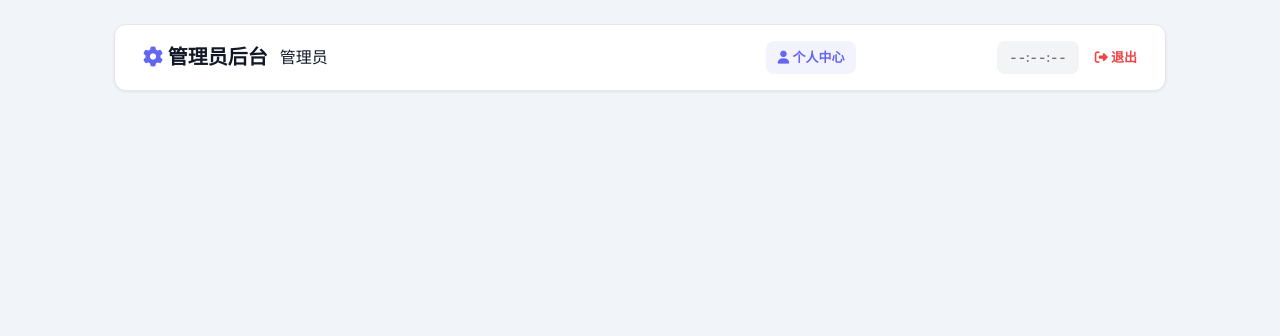
Repository: kinyono/library_seat_system
Page: admin.html
An editor plug-in stored every save of this project. The page is shown before and after the next save, followed by the edit.
The browser window is 1280 px wide. The pictures show the whole page.
After loading, the first visible `button.profile-link` was clicked once.

Above is the page before, as saved 2026-10-19 00:06:36.
Console error: TypeError: Cannot read properties of null (reading 'addEventListener')

### admin.html
<!DOCTYPE html>
<html lang="zh-CN">
<head>
    <meta charset="UTF-8">
    <meta name="viewport" content="width=device-width, initial-scale=1.0">
    <title>管理员后台 - 图书馆座位系统</title>
    <link rel="stylesheet" href="css/style.css">
    <link rel="stylesheet" href="css/admin.css">
    <script src="https://cdn.jsdelivr.net/npm/chart.js"></script>
    <link rel="stylesheet" href="https://cdnjs.cloudflare.com/ajax/libs/font-awesome/6.5.0/css/all.min.css">
</head>
<body>
    <div class="admin-container">
        <!-- 顶部导航 -->
        <header class="admin-header">
            <div class="header-left">
                <h1><i class="fas fa-cog"></i> 管理员后台</h1>
                <span class="role-badge">管理员</span>
            </div>
            <div class="header-right">
                <a href="pages/profile.html" class="profile-link"><i class="fas fa-user"></i> 个人中心</a>
                <!-- ====== 新增：添加管理员按钮 ====== -->
                <button class="profile-link" onclick="openCreateAdminModal()" style="background:none; border:none; cursor:pointer; color:#fff;">
                    <i class="fas fa-user-shield"></i> 添加管理员
                </button>
                <!-- ================================== -->
                <div class="realtime-clock" id="realtimeClock">--:--:--</div>
                <a href="javascript:void(0)" class="logout-link" onclick="logout()"><i class="fas fa-sign-out-alt"></i> 退出</a>
            </div>
        </header>

        <!-- 统计卡片、Tab等内容保持不变，省略... -->

        <!-- 添加座位弹窗（原有）... -->

        <!-- ====== 新增：创建管理员弹窗 ====== -->
        <div class="modal-overlay" id="createAdminModal" style="display:none;" onclick="if(event.target===this)closeCreateAdminModal()">
            <div class="modal-card">
                <h3><i class="fas fa-user-shield"></i> 创建管理员</h3>
                <form id="createAdminForm">
                    <div class="form-group">
                        <label>管理员账号</label>
                        <input type="text" id="adminUsername" class="form-control" placeholder="请输入管理员账号" required autocomplete="off">
                    </div>
                    <div class="form-group">
                        <label>密码（至少6位）</label>
                        <input type="password" id="adminPassword" class="form-control" placeholder="请输入密码" required>
                    </div>
                    <div id="createAdminError" class="login-error" style="display:none;"></div>
                    <div class="form-actions">
                        <button type="button" class="btn btn-outline" onclick="closeCreateAdminModal()">取消</button>
                        <button type="submit" class="btn btn-primary">确认创建</button>
                    </div>
                </form>
            </div>
        </div>
        <!-- ================================== -->

    </div>

    <script src="js/admin.js"></script>
    <!-- 退出登录函数 -->
    <script>
        function logout() {
            localStorage.removeItem('token');
            localStorage.removeItem('currentUser');
            window.location.href = 'index.html';
        }
    </script>
</body>
</html>

### css/style.css
/* ===== Design Tokens ===== */
:root {
    /* 主色调：更柔和的渐变紫蓝 */
    --primary: #6366f1;
    --primary-light: #818cf8;
    --primary-dark: #4f46e5;
    --secondary: #8b5cf6;
    --accent: #ec4899;

    /* 背景色 */
    --bg-body: #f1f5f9;
    --bg-surface: #ffffff;
    --bg-subtle: #f8fafc;

    /* 文字色 */
    --text-primary: #0f172a;
    --text-secondary: #64748b;
    --text-muted: #94a3b8;

    /* 状态色 */
    --success: #10b981;
    --success-light: #d1fae5;
    --warning: #f59e0b;
    --warning-light: #fef3c7;
    --danger: #ef4444;
    --danger-light: #fee2e2;
    --info: #3b82f6;
    --info-light: #dbeafe;

    /* 边框 */
    --border: #e2e8f0;
    --border-strong: #cbd5e1;

    /* 圆角 */
    --radius-sm: 10px;
    --radius-md: 16px;
    --radius-lg: 24px;
    --radius-xl: 32px;

    /* 阴影 */
    --shadow-xs: 0 1px 2px rgba(0,0,0,0.04);
    --shadow-sm: 0 2px 12px rgba(0,0,0,0.06);
    --shadow-md: 0 8px 30px rgba(0,0,0,0.08);
    --shadow-lg: 0 20px 60px rgba(0,0,0,0.12);
    --shadow-primary: 0 4px 20px rgba(99,102,241,0.3);

    /* 过渡 */
    --transition-fast: all 0.15s ease;
    --transition: all 0.25s ease;
    --transition-slow: all 0.4s ease;

    /* 字体 */
    --font-sans: 'Inter', -apple-system, BlinkMacSystemFont, 'Segoe UI', Roboto, 'PingFang SC', 'Microsoft YaHei', sans-serif;
}

* {
    margin: 0;
    padding: 0;
    box-sizing: border-box;
}

body {
    font-family: var(--font-sans);
    background: var(--bg-body);
    color: var(--text-primary);
    line-height: 1.6;
    -webkit-font-smoothing: antialiased;
    -moz-osx-font-smoothing: grayscale;
}

a {
    text-decoration: none;
    color: inherit;
}

/* ===== 滚动条美化 ===== */
::-webkit-scrollbar { width: 8px; height: 8px; }
::-webkit-scrollbar-track { background: transparent; }
::-webkit-scrollbar-thumb { background: var(--border-strong); border-radius: 99px; }
::-webkit-scrollbar-thumb:hover { background: var(--text-muted); }

/* ===== 通用按钮 ===== */
.btn {
    display: inline-flex;
    align-items: center;
    justify-content: center;
    gap: 6px;
    padding: 10px 22px;
    border: none;
    border-radius: var(--radius-sm);
    cursor: pointer;
    font-size: 14px;
    font-weight: 600;
    letter-spacing: 0.3px;
    transition: var(--transition);
    text-align: center;
    position: relative;
    overflow: hidden;
}
.btn::after {
    content: '';
    position: absolute;
    inset: 0;
    background: rgba(255,255,255,0);
    transition: var(--transition-fast);
}
.btn:hover::after { background: rgba(255,255,255,0.15); }
.btn:active { transform: scale(0.97); }

.btn-primary {
    background: linear-gradient(135deg, var(--primary), var(--secondary));
    color: #fff;
    box-shadow: var(--shadow-primary);
}
.btn-primary:hover { box-shadow: 0 6px 28px rgba(99,102,241,0.45); transform: translateY(-2px); }

.btn-danger { background: var(--danger); color: #fff; box-shadow: 0 2px 12px rgba(239,68,68,0.25); }
.btn-danger:hover { background: #dc2626; transform: translateY(-2px); box-shadow: 0 6px 20px rgba(239,68,68,0.4); }

.btn-success { background: var(--success); color: #fff; box-shadow: 0 2px 12px rgba(16,185,129,0.25); }
.btn-success:hover { background: #059669; transform: translateY(-2px); box-shadow: 0 6px 20px rgba(16,185,129,0.4); }

.btn-warning { background: var(--warning); color: #fff; box-shadow: 0 2px 12px rgba(245,158,11,0.25); }
.btn-warning:hover { background: #d97706; transform: translateY(-2px); box-shadow: 0 6px 20px rgba(245,158,11,0.4); }

.btn-info { background: var(--info); color: #fff; box-shadow: 0 2px 12px rgba(59,130,246,0.25); }
.btn-info:hover { background: #2563eb; transform: translateY(-2px); box-shadow: 0 6px 20px rgba(59,130,246,0.4); }

.btn-outline {
    background: var(--bg-surface);
    color: var(--text-secondary);
    border: 1.5px solid var(--border);
}
.btn-outline:hover { border-color: var(--primary); color: var(--primary); background: var(--bg-subtle); }

.btn-block { width: 100%; }

.btn-xs {
    padding: 4px 10px;
    font-size: 12px;
    border-radius: 8px;
    font-weight: 500;
}

/* ===== 表单 ===== */
.form-group { margin-bottom: 18px; }
.form-group label {
    display: block;
    font-size: 13px;
    font-weight: 600;
    margin-bottom: 6px;
    color: var(--text-secondary);
    letter-spacing: 0.3px;
}
.form-control {
    width: 100%;
    padding: 11px 16px;
    border: 2px solid var(--border);
    border-radius: var(--radius-sm);
    font-size: 14.5px;
    font-family: inherit;
    color: var(--text-primary);
    background: var(--bg-surface);
    transition: var(--transition);
    outline: none;
}
.form-control:focus {
    border-color: var(--primary);
    box-shadow: 0 0 0 4px rgba(99,102,241,0.1);
    background: #fff;
}
select.form-control { cursor: pointer; }
select.form-control:focus { outline: none; }

### js/admin.js
(function () {
    'use strict';

    /* ========== 数据工具 ========== */
    function getSeats()      { return JSON.parse(localStorage.getItem('lib_seats')      || '[]'); }
    function setSeats(v)     { localStorage.setItem('lib_seats', JSON.stringify(v)); }
    function getUsers()      { return JSON.parse(localStorage.getItem('lib_users')      || '[]'); }
    function setUsers(v)     { localStorage.setItem('lib_users', JSON.stringify(v)); }
    function getBookings()   { return JSON.parse(localStorage.getItem('lib_bookings')   || '[]'); }
    function setBookings(v)  { localStorage.setItem('lib_bookings', JSON.stringify(v)); }
    function getRules()      { return JSON.parse(localStorage.getItem('lib_rules')      || '{}'); }
    function setRules(v)     { localStorage.setItem('lib_rules', JSON.stringify(v)); }
    function getLogs()       { return JSON.parse(localStorage.getItem('lib_logs')       || '[]'); }
    function setLogs(v)      { localStorage.setItem('lib_logs', JSON.stringify(v)); }
    function getCurrentUser(){ return JSON.parse(localStorage.getItem('currentUser')); }

    const STATUS_TEXT = { free:'空闲', used:'使用中', away:'暂离', reserved:'已预约', maintenance:'维修' };
    const STATUS_CLASS = { free:'status-free', used:'status-used', away:'status-away', reserved:'status-reserved', maintenance:'status-banned' };
    let trendChartInstance = null;

    /* ========== 初始化默认数据 ========== */
    function initData() {
        if (!localStorage.getItem('lib_seats')) {
            const seats = []; const areas = ['quiet','discuss','window'];
            for (let f=1; f<=3; f++)
                for (let i=1; i<=6; i++)
                    seats.push({ id:(f-1)*6+i, code:String.fromCharCode(64+f)+'-'+String(i).padStart(2,'0'),
                                 floor:f, area:areas[Math.floor(Math.random()*3)], hasPower:Math.random()>0.5,
                                 status:'free', enabled:true });
            setSeats(seats);
        }
        if (!localStorage.getItem('lib_users')) setUsers([]);
        if (!localStorage.getItem('lib_bookings')) setBookings([]);
        if (!localStorage.getItem('lib_rules')) {
            setRules({ maxMinutes:240, graceMinutes:15, awayMinutes:45, awayTimes:3, awayPenalty:10,
                       classMinutes:120, classTimes:1, classPenalty:20, classMinCredit:80 });
        }
        if (!localStorage.getItem('lib_logs')) setLogs([]);
    }

    /* ========== Toast ========== */
    function toast(msg, type) {
        type = type || 'info';
        const old = document.querySelector('.toast');
        if (old) old.remove();
        const t = document.createElement('div');
        t.className = 'toast toast-' + type;
        t.textContent = msg;
        document.body.appendChild(t);
        requestAnimationFrame(() => t.classList.add('show'));
        setTimeout(() => { t.classList.remove('show'); setTimeout(() => t.remove(), 300); }, 2100);
    }

    /* ========== 写入日志 ========== */
    function addLog(action) {
        const logs = getLogs();
        logs.unshift({ time: new Date().toLocaleString(), action: action });
        if (logs.length > 200) logs.length = 200;
        setLogs(logs);
        renderLogs();
    }

    /* ========== 加载所有 ========== */
    function loadAll() {
        updateStats();
        renderSeatTable();
        renderUserTable();
        renderRulesForm();
        renderLogs();
        renderTrendChart();
    }

    /* ========== 更新统计 ========== */
    function updateStats() {
        const seats = getSeats();
        const users = getUsers();
        const today = new Date().toISOString().slice(0,10);
        const todayBookings = getBookings().filter(b => b.date === today).length;
        document.getElementById('statTotal').textContent = seats.length;
        document.getElementById('statFree').textContent = seats.filter(s => s.status==='free' && s.enabled).length;
        document.getElementById('statUsed').textContent = seats.filter(s => s.status==='used' || s.status==='away').length;
        document.getElementById('statUsers').textContent = users.length;
        document.getElementById('statBookings').textContent = todayBookings;
    }

    /* ========== 座位表格（含筛选） ========== */
    function renderSeatTable() {
        const tbody = document.getElementById('seatTableBody');
        let seats = getSeats();
        const floorFilter = document.getElementById('seatFloorFilter').value;
        const areaFilter = document.getElementById('seatAreaFilter').value;
        if (floorFilter !== 'all') seats = seats.filter(s => s.floor == floorFilter);
        if (areaFilter !== 'all') seats = seats.filter(s => s.area === areaFilter);

        tbody.innerHTML = seats.map(seat => `
            <tr>
                <td>${seat.code}</td>
                <td>${seat.floor}F</td>
                <td>${seat.area}</td>
                <td>${seat.hasPower ? '<i class="fas fa-plug" style="color:#22c55e;"></i>' : '<i class="fas fa-ban" style="color:#9ca3af;"></i>'}</td>
                <td><span class="status-tag ${STATUS_CLASS[seat.status] || ''}">${STATUS_TEXT[seat.status] || seat.status}</span></td>
                <td>${seat.enabled ? '<span style="color:#22c55e;">✅</span>' : '<span style="color:#ef4444;">⛔</span>'}</td>
                <td>
                    <button class="btn btn-xs btn-outline" onclick="toggleSeatEnabled(${seat.id})">${seat.enabled ? '禁用' : '启用'}</button>
                    <button class="btn btn-xs btn-outline" onclick="deleteSeat(${seat.id})">删除</button>
                </td>
            </tr>
        `).join('');
    }

    window.toggleSeatEnabled = function (id) {
        const seats = getSeats();
        const seat = seats.find(s => s.id === id);
        if (!seat) return;
        seat.enabled = !seat.enabled;
        setSeats(seats);
        renderSeatTable();
        updateStats();
        addLog(`${seat.enabled ? '启用' : '禁用'}座位 ${seat.code}`);
        toast(`座位 ${seat.code} 已${seat.enabled ? '启用' : '禁用'}`, 'info');
    };

    window.deleteSeat = function (id) {
        if (!confirm('确认删除此座位？')) return;
        let seats = getSeats();
        const seat = seats.find(s => s.id === id);
        if (!seat) return;
        seats = seats.filter(s => s.id !== id);
        setSeats(seats);
        renderSeatTable();
        updateStats();
        addLog(`删除座位 ${seat.code}`);
        toast(`座位 ${seat.code} 已删除`, 'success');
    };

    /* ========== 添加座位弹窗 ========== */
    window.openAddSeatModal = function () { document.getElementById('addSeatModal').style.display = 'flex'; };
    window.closeAddSeatModal = function () { document.getElementById('addSeatModal').style.display = 'none'; };

    document.getElementById('addSeatForm').addEventListener('submit', function (e) {
        e.preventDefault();
        const fd = new FormData(this);
        const code = fd.get('code').trim().toUpperCase();
        const floor = parseInt(fd.get('floor'), 10);
        const area = fd.get('area');
        const hasPower = fd.get('hasPower') === 'true';
        const seats = getSeats();
        if (seats.some(s => s.code === code)) { toast('座位编号已存在', 'error'); return; }
        const maxId = seats.reduce((m, s) => Math.max(m, s.id), 0);
        seats.push({ id: maxId + 1, code, floor, area, hasPower, status: 'free', enabled: true });
        setSeats(seats);
        closeAddSeatModal();
        this.reset();
        renderSeatTable();
        updateStats();
        addLog(`添加座位 ${code}`);
        toast(`座位 ${code} 添加成功`, 'success');
    });

    /* ========== 重置所有座位 ========== */
    window.resetAllSeats = function () {
        if (!confirm('确认重置所有座位为空闲状态？（不会删除座位）')) return;
        const seats = getSeats();
        seats.forEach(s => { s.status = 'free'; s.enabled = true; });
        setSeats(seats);
        const bookings = getBookings();
        bookings.forEach(b => { if (['active','checked_in','away','class_reserve'].includes(b.status)) b.status = 'cancelled'; });
        setBookings(bookings);
        renderSeatTable();
        updateStats();
        addLog('重置所有座位');
        toast('所有座位已重置为空闲', 'success');
    };

    /* ========== 用户表格（含多选） ========== */
    function renderUserTable(filter) {
        filter = filter || '';
        const tbody = document.getElementById('userTableBody');
        let users = getUsers();
        if (filter) {
            const lower = filter.toLowerCase();
            users = users.filter(u => (u.studentId || '').toLowerCase().includes(lower) || (u.name || '').toLowerCase().includes(lower));
        }
        tbody.innerHTML = users.map(u => `
            <tr>
                <td><input type="checkbox" class="user-check" value="${u.id}" onchange="updateSelectedCount()"></td>
                <td>${u.id}</td>
                <td>${u.name}</td>
                <td>${u.studentId || '-'}</td>
                <td><span class="status-tag ${u.credit < 60 ? 'status-banned' : 'status-normal'}">${u.credit ?? 100}</span></td>
                <td><span class="status-tag ${u.banned ? 'status-banned' : 'status-normal'}">${u.banned ? '封禁' : '正常'}</span></td>
                <td>
                    <button class="btn btn-xs btn-outline" onclick="toggleUserBan(${u.id})">${u.banned ? '解封' : '封禁'}</button>
                    <button class="btn btn-xs btn-outline" onclick="resetUserCredit(${u.id})">重置信用分</button>
                </td>
            </tr>
        `).join('');
        updateSelectedCount();
    }

    window.toggleCheckAll = function (master) {
        document.querySelectorAll('.user-check').forEach(cb => cb.checked = master.checked);
        updateSelectedCount();
    };

    window.updateSelectedCount = function () {
        const count = document.querySelectorAll('.user-check:checked').length;
        document.getElementById('userSelectedCount').textContent = `已选 ${count} 人`;
    };

    window.batchBanUsers = function () {
        const ids = [...document.querySelectorAll('.user-check:checked')].map(cb => parseInt(cb.value, 10));
        if (!ids.length) { toast('请先选择用户', 'error'); return; }
        if (!confirm(`确认封禁选中的 ${ids.length} 位用户？`)) return;
        const users = getUsers();
        ids.forEach(id => { const u = users.find(x => x.id === id); if (u) u.banned = true; });
        setUsers(users);
        renderUserTable(document.getElementById('userSearch').value);
        addLog(`批量封禁 ${ids.length} 位用户`);
        toast(`已封禁 ${ids.length} 位用户`, 'success');
    };

    window.batchResetCredit = function () {
        const ids = [...document.querySelectorAll('.user-check:checked')].map(cb => parseInt(cb.value, 10));
        if (!ids.length) { toast('请先选择用户', 'error'); return; }
        if (!confirm(`确认将选中的 ${ids.length} 位用户信用分重置为100？`)) return;
        const users = getUsers();
        ids.forEach(id => { const u = users.find(x => x.id === id); if (u) u.credit = 100; });
        setUsers(users);
        renderUserTable(document.getElementById('userSearch').value);
        addLog(`批量重置 ${ids.length} 位用户信用分`);
        toast(`已重置 ${ids.length} 位用户信用分`, 'success');
    };

    document.getElementById('userSearch').addEventListener('input', function () { renderUserTable(this.value); });

    window.toggleUserBan = function (userId) {
        const users = getUsers();
        const user = users.find(u => u.id === userId);
        if (!user) return;
        user.banned = !user.banned;
        setUsers(users);
        renderUserTable(document.getElementById('userSearch').value);
        addLog(`${user.banned ? '封禁' : '解封'}用户 ${user.name}(${user.studentId})`);
        toast(`用户 ${user.name} 已${user.banned ? '封禁' : '解封'}`, 'info');
    };

    window.resetUserCredit = function (userId) {
        if (!confirm('确认将该用户信用分重置为100？')) return;
        const users = getUsers();
        const user = users.find(u => u.id === userId);
        if (!user) return;
        user.credit = 100;
        setUsers(users);
        renderUserTable(document.getElementById('userSearch').value);
        addLog(`重置用户 ${user.name} 信用分为100`);
        toast(`用户 ${user.name} 信用分已重置`, 'success');
    };

    /* ========== 规则表单（分区块） ========== */
    function renderRulesForm() {
        const rules = getRules();
        const form = document.getElementById('rulesForm');
        const fields = ['maxMinutes','graceMinutes','awayMinutes','awayTimes','awayPenalty',
                        'classMinutes','classTimes','classPenalty','classMinCredit'];
        fields.forEach(name => {
            const input = form.querySelector(`[name="${name}"]`);
            if (input && rules[name] !== undefined) input.value = rules[name];
        });
    }

    document.getElementById('rulesForm').addEventListener('submit', function (e) {
        e.preventDefault();
        const fd = new FormData(this);
        const rules = {};
        fd.forEach((val, key) => { rules[key] = parseInt(val, 10) || 0; });
        setRules(rules);
        addLog('更新规则设置');
        toast('规则已保存', 'success');
    });

    /* ========== 操作日志（含搜索 + 导出） ========== */
    function renderLogs(filter) {
        const container = document.getElementById('logList');
        let logs = getLogs();
        if (filter) {
            const lower = filter.toLowerCase();
            logs = logs.filter(l => l.action.toLowerCase().includes(lower));
        }
        if (!logs.length) { container.innerHTML = '<div class="log-empty">暂无操作记录</div>'; return; }
        container.innerHTML = logs.map(log => `
            <div class="log-item">
                <span>${log.action}</span>
                <span class="log-time">${log.time}</span>
            </div>
        `).join('');
    }

    document.getElementById('logSearch').addEventListener('input', function () { renderLogs(this.value); });

    window.exportLogs = function () {
        const logs = getLogs();
        if (!logs.length) { toast('暂无日志可导出', 'error'); return; }
        let csv = '时间,操作\n';
        logs.forEach(l => { csv += `"${l.time}","${l.action}"\n`; });
        const blob = new Blob([csv], { type: 'text/csv;charset=utf-8;' });
        const url = URL.createObjectURL(blob);
        const a = document.createElement('a');
        a.href = url; a.download = '操作日志.csv'; a.click();
        URL.revokeObjectURL(url);
        toast('日志已导出', 'success');
    };

    window.clearLogs = function () {
        if (!confirm('确认清空所有操作日志？')) return;
        setLogs([]);
        renderLogs();
        addLog('清空操作日志');
        toast('日志已清空', 'info');
    };

    /* ========== 预约趋势图 ========== */
    function renderTrendChart() {
        const ctx = document.getElementById('trendChart');
        if (!ctx) return;
        const bookings = getBookings();
        const days = 7;
        const labels = []; const data = [];
        const now = new Date();
        for (let i = days - 1; i >= 0; i--) {
            const d = new Date(now); d.setDate(d.getDate() - i);
            const key = d.toISOString().slice(0,10);
            labels.push(d.toISOString().slice(5,10));
            data.push(bookings.filter(b => b.date === key).length);
        }
        document.getElementById('trendEmpty').style.display = data.every(v => v === 0) ? 'block' : 'none';
        if (trendChartInstance) trendChartInstance.destroy();
        trendChartInstance = new Chart(ctx.getContext('2d'), {
            type: 'line',
            data: { labels, datasets: [{ label:'预约次数', data, fill:true,
                backgroundColor:'rgba(99,102,241,0.12)', borderColor:'#6366f1',
                tension:0.3, pointBackgroundColor:'#6366f1', pointRadius:3 }] },
            options: { responsive:true, maintainAspectRatio:false,
                plugins:{ legend:{ display:false } },
                scales:{ y:{ beginAtZero:true, title:{ display:true, text:'次数' } } } }
        });
    }

    /* ========== Tab 切换 ========== */
    document.querySelectorAll('.tab-btn').forEach(btn => {
        btn.addEventListener('click', function () {
            document.querySelectorAll('.tab-btn').forEach(b => b.classList.remove('active'));
            this.classList.add('active');
            document.querySelectorAll('.tab-content').forEach(c => c.classList.remove('active'));
            document.getElementById('tab-' + this.dataset.tab).classList.add('active');
        });
    });

    /* ========== 实时时钟 ========== */
    function startClock() {
        const el = document.getElementById('realtimeClock');
        if (!el) return;
        function tick() {
            const d = new Date();
            const p = n => String(n).padStart(2,'0');
            el.textContent = `${p(d.getHours())}:${p(d.getMinutes())}:${p(d.getSeconds())}`;
        }
        tick(); setInterval(tick, 1000);
    }

    /* ========== 权限检查 ========== */
    document.addEventListener('DOMContentLoaded', function () {
        initData();
        const user = getCurrentUser();
        if (!user || user.role !== 'admin') { window.location.href = 'index.html'; return; }
        loadAll();
        startClock();
        addLog('管理员登录');
    });
})();

Loaded but not shown: css/admin.css (212 lines, source omitted)

After the next save:
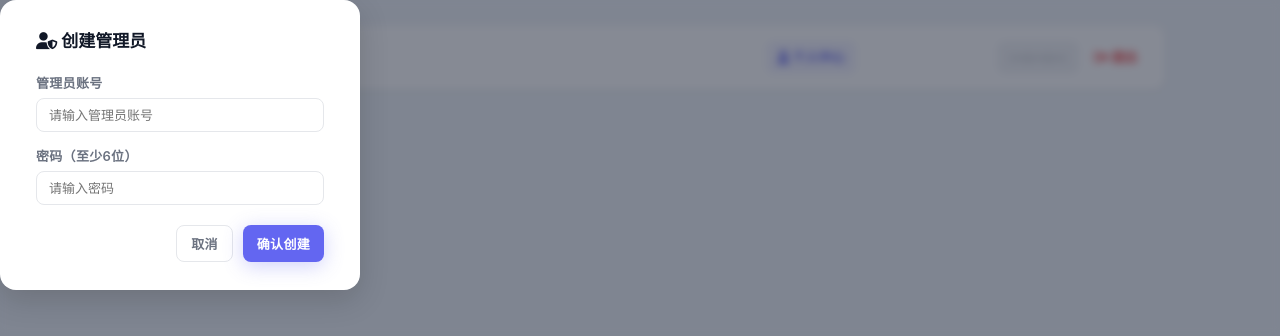
Saved 38 s later.
--- a/js/admin.js
+++ b/js/admin.js
@@ -378,3 +378,61 @@
         addLog('管理员登录');
     });
 })();
+// ===== 创建管理员功能 =====
+function openCreateAdminModal() {
+    document.getElementById('createAdminModal').style.display = 'block';
+    document.getElementById('createAdminError').style.display = 'none';
+    document.getElementById('createAdminForm').reset();
+}
+
+function closeCreateAdminModal() {
+    document.getElementById('createAdminModal').style.display = 'none';
+    document.getElementById('createAdminError').style.display = 'none';
+}
+
+// 监听表单提交（放在 DOMContentLoaded 里避免冲突）
+document.addEventListener('DOMContentLoaded', function() {
+    const form = document.getElementById('createAdminForm');
+    if (!form) return;
+    form.addEventListener('submit', async function(e) {
+        e.preventDefault();
+        const username = document.getElementById('adminUsername').value.trim();
+        const password = document.getElementById('adminPassword').value;
+        const errorEl = document.getElementById('createAdminError');
+
+        // 前端校验
+        if (!username || !password) {
+            errorEl.textContent = '请填写完整信息';
+            errorEl.style.display = 'block';
+            return;
+        }
+        if (password.length < 6) {
+            errorEl.textContent = '密码长度至少6位';
+            errorEl.style.display = 'block';
+            return;
+        }
+
+        const token = localStorage.getItem('token');
+        try {
+            const res = await fetch('/api/auth/create-admin', {
+                method: 'POST',
+                headers: {
+                    'Content-Type': 'application/json',
+                    'Authorization': 'Bearer ' + token
+                },
+                body: JSON.stringify({ username, password })
+            });
+            const data = await res.json();
+            if (res.ok) {
+                alert('管理员创建成功！账号：' + username);
+                closeCreateAdminModal();
+            } else {
+                errorEl.textContent = data.error || '创建失败';
+                errorEl.style.display = 'block';
+            }
+        } catch (err) {
+            errorEl.textContent = '网络错误，请确认后端已启动';
+            errorEl.style.display = 'block';
+        }
+    });
+});
